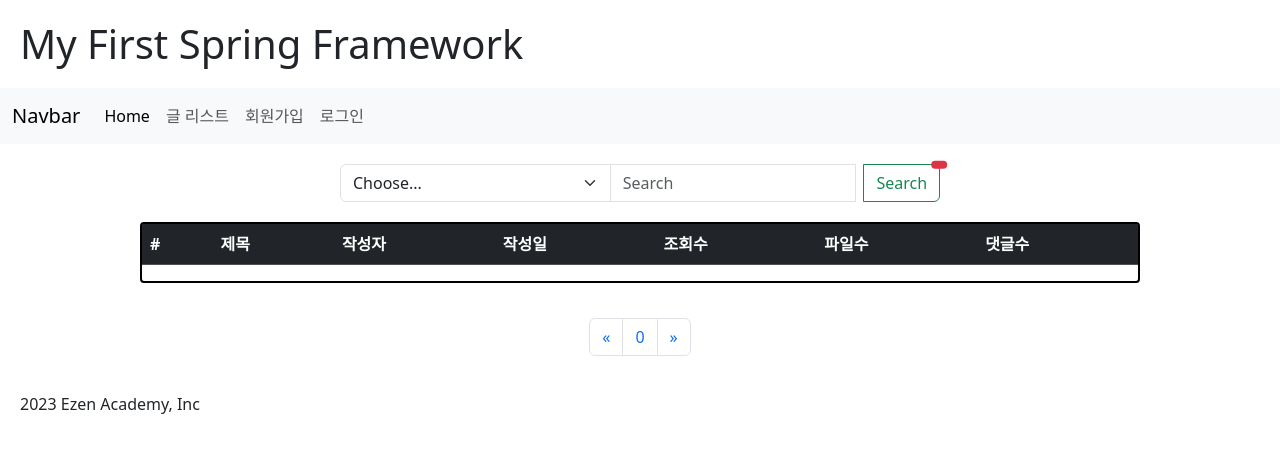
Repository: jinho0717/spring
Page: http://localhost/springProject/WEB-INF/views/board/list.jsp
An editor plug-in stored every save of this project. The page is shown before and after the next save, followed by the edit.
The browser window is 1280 px wide. The pictures show the whole page.
The page is served by Tomcat 9. Nobody is signed in. The template is opened directly, without the code that normally fills it, so the values that code supplies are empty.

Above is the page before, as saved 2023-10-30 10:52:08.
Console error: TypeError: Cannot read properties of null (reading 'addEventListener')

After the next save:
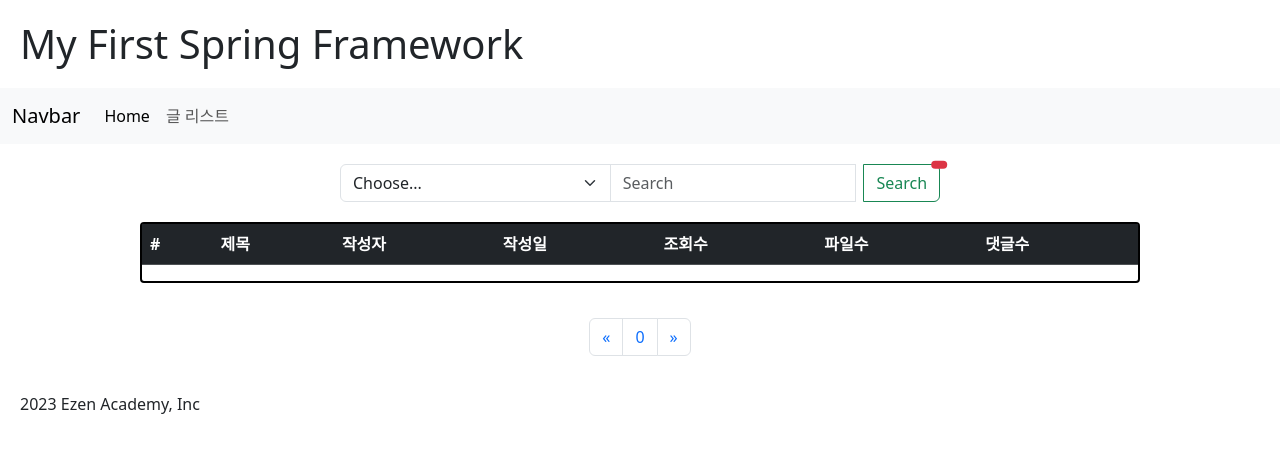
Saved 2 min 31 s later.
--- a/springProject/src/main/webapp/WEB-INF/views/common/nav.jsp
+++ b/springProject/src/main/webapp/WEB-INF/views/common/nav.jsp
@@ -60,14 +60,14 @@
         </form>
         </sec:authorize>
 
-
+        <sec:authorize>
         <li class="nav-item">
           <a class="nav-link" href="/member/register">회원가입</a>
         </li>
         <li class="nav-item">
           <a class="nav-link" href="/member/login">로그인</a>
         </li>
-
+        </sec:authorize>
       </ul>
     </div>
   </div>

After the save that followed:
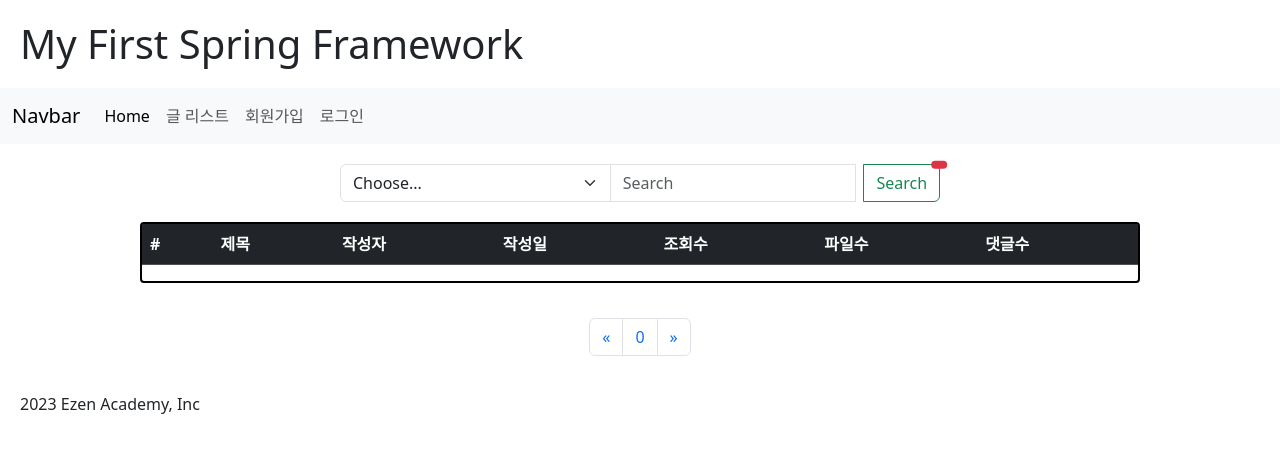
Saved 23 s later.
--- a/springProject/src/main/webapp/WEB-INF/views/common/nav.jsp
+++ b/springProject/src/main/webapp/WEB-INF/views/common/nav.jsp
@@ -60,7 +60,7 @@
         </form>
         </sec:authorize>
 
-        <sec:authorize>
+        <sec:authorize access="isAnonymous()">
         <li class="nav-item">
           <a class="nav-link" href="/member/register">회원가입</a>
         </li>
